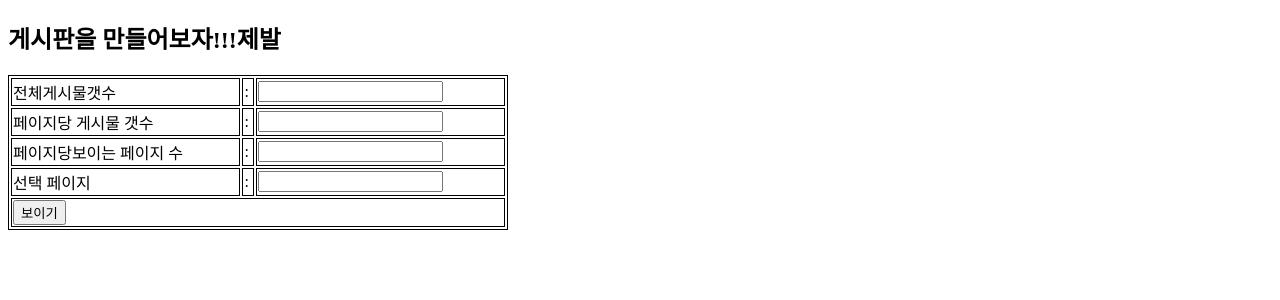
Repository: DrakeJU/eclipse-workspace
Page: Web/WebContent/01/PostBoardIndex.html
An editor plug-in stored every save of this project. The page is shown before and after the next save, followed by the edit.
The browser window is 1280 px wide. The pictures show the whole page.

Above is the page before, as saved 2017-10-13 03:51:32.

### Web/WebContent/01/PostBoardIndex.html
<!DOCTYPE html>
<html>
	<head>
		<meta charset="UTF-8">
			<title>indexPage</title>
	</head>
		<body>
			<h2>게시판을 만들어보자!!!제발</h2>
				<form action "/PostBoard" method = "post">
				<table border="1" width = "500" heigth = "100" bordercolor ="black">
					<tr>
						<td>전체게시물갯수</td> <td>:</td><td><input type="text" name="TotalPost"><br></td>
					</tr>
					<tr>
						<td>페이지당 게시물 갯수</td><td>:</td><td><input type="text" name="NumPerPost"><br></td>
					</tr>
					<tr>
						<td>페이지당보이는 페이지 수</td> <td>:</td><td><input type="text" name="NumPerPage"><br></td>
					</tr>
					<tr>
						<td>선택 페이지</td> <td>:</td><td><input type="text" name="CurrentPage"><br></td>
					</tr>
					<tr>
						<td colspan = "3"><input type = submit value = "보이기"></td>
					</tr>
				</table>
				</form>
		</body>
</html>

After the next save:
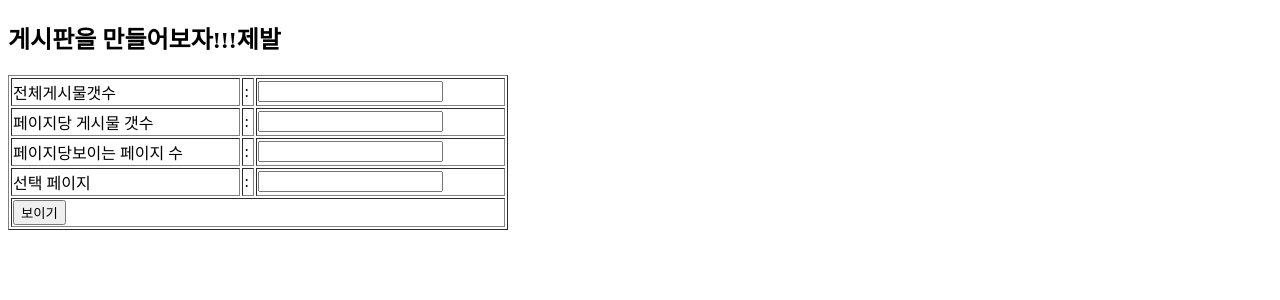
Saved 7 s later.
--- a/Web/WebContent/01/PostBoardIndex.html
+++ b/Web/WebContent/01/PostBoardIndex.html
@@ -7,7 +7,7 @@
 		<body>
 			<h2>게시판을 만들어보자!!!제발</h2>
 				<form action "/PostBoard" method = "post">
-				<table border="1" width = "500" heigth = "100" bordercolor ="black">
+				<table border="1" width = "500" heigth = "100" >
 					<tr>
 						<td>전체게시물갯수</td> <td>:</td><td><input type="text" name="TotalPost"><br></td>
 					</tr>
